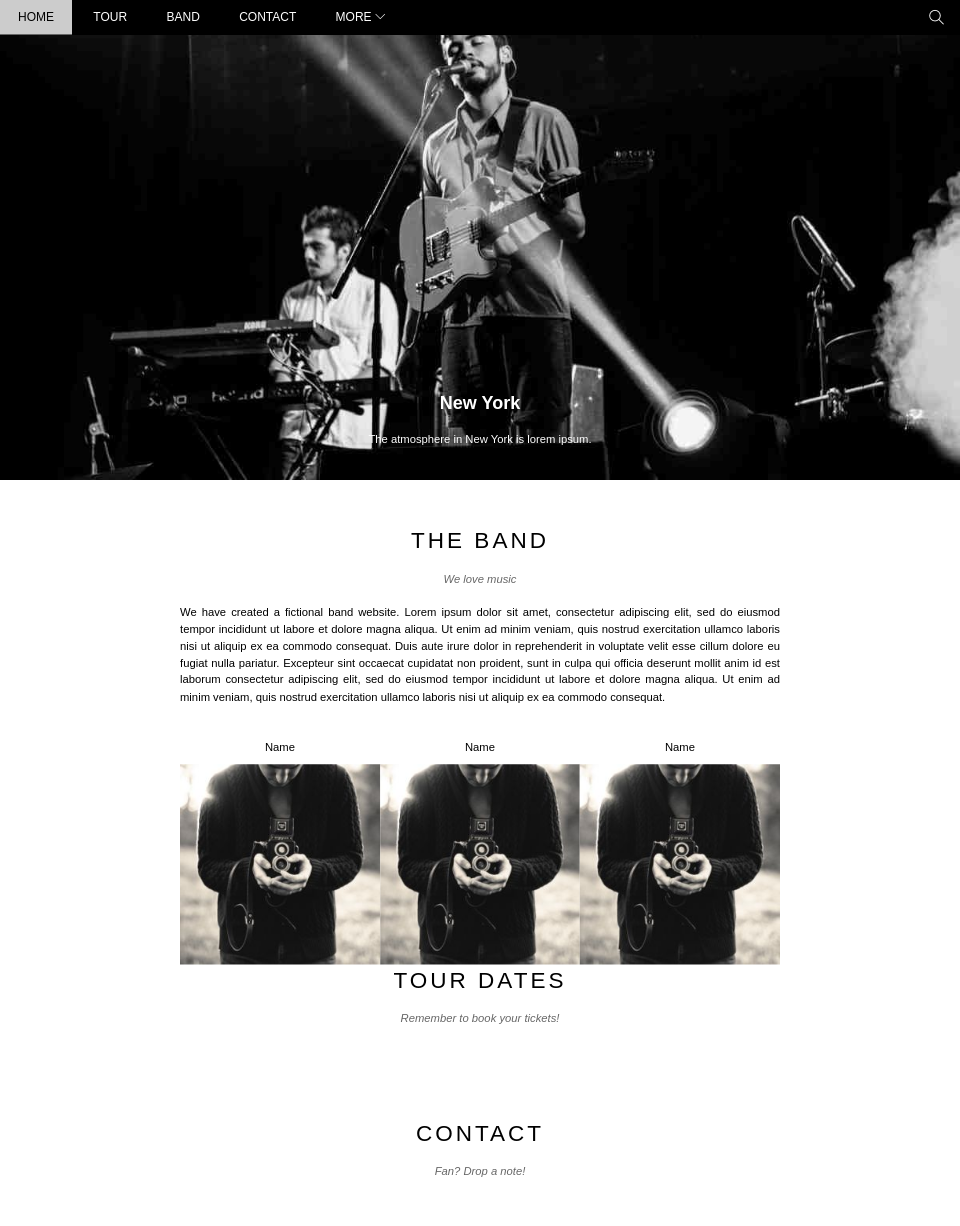
Repository: maivannhan1998/git-w3band
Page: index.html
The author's editor kept a copy of each file at every save. The page is drawn from the files as they stood at one save, then again after the next save.
The browser window is 1280 px wide. The pictures show the whole page, at 75% of full size.

Above is the page before, as saved 2021-09-04 22:50:24.

After the next save:
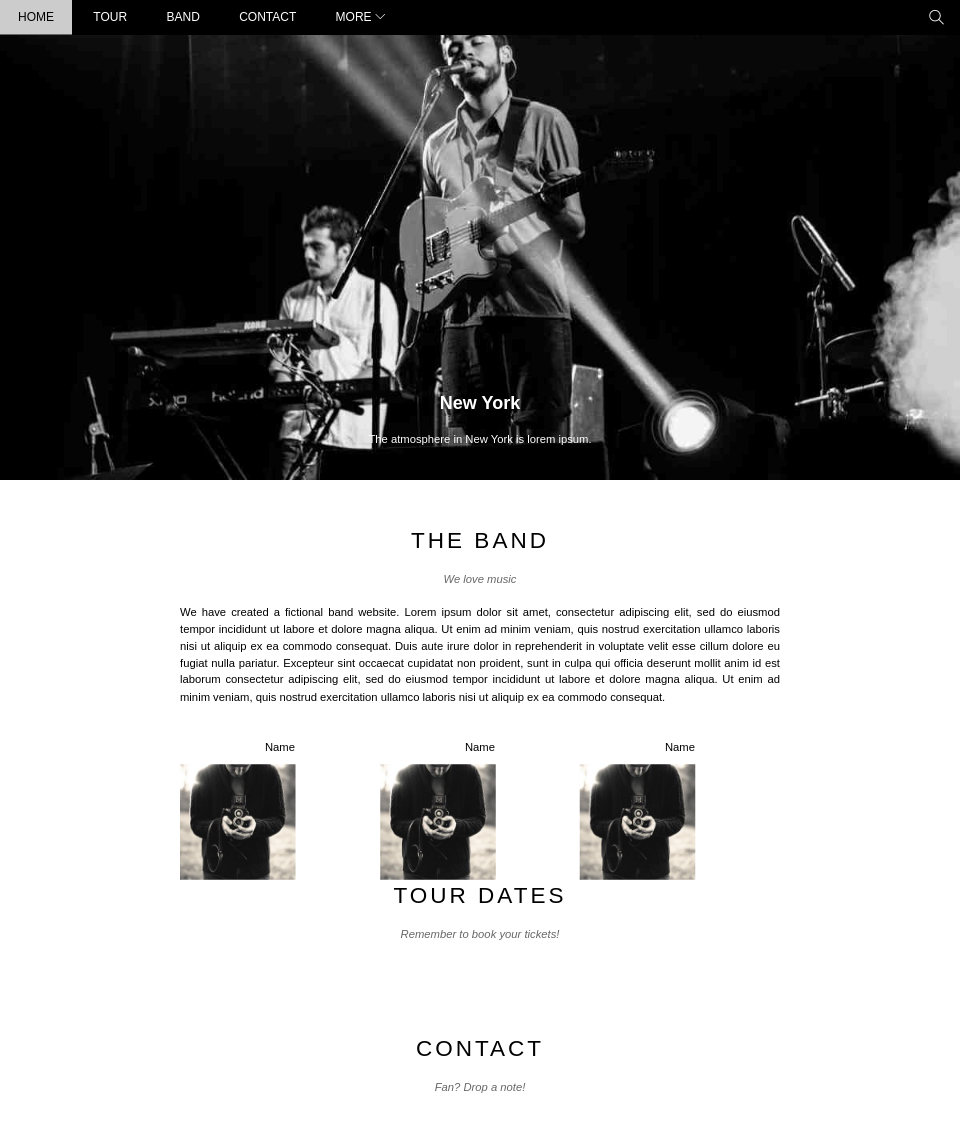
Saved 23 s later.
--- a/asset/css/style.css
+++ b/asset/css/style.css
@@ -179,7 +179,7 @@
 }
 
 #content .member-img {
-    width: 100%;
+    width: 154px;
     margin-top: 15px ;
 
 }
